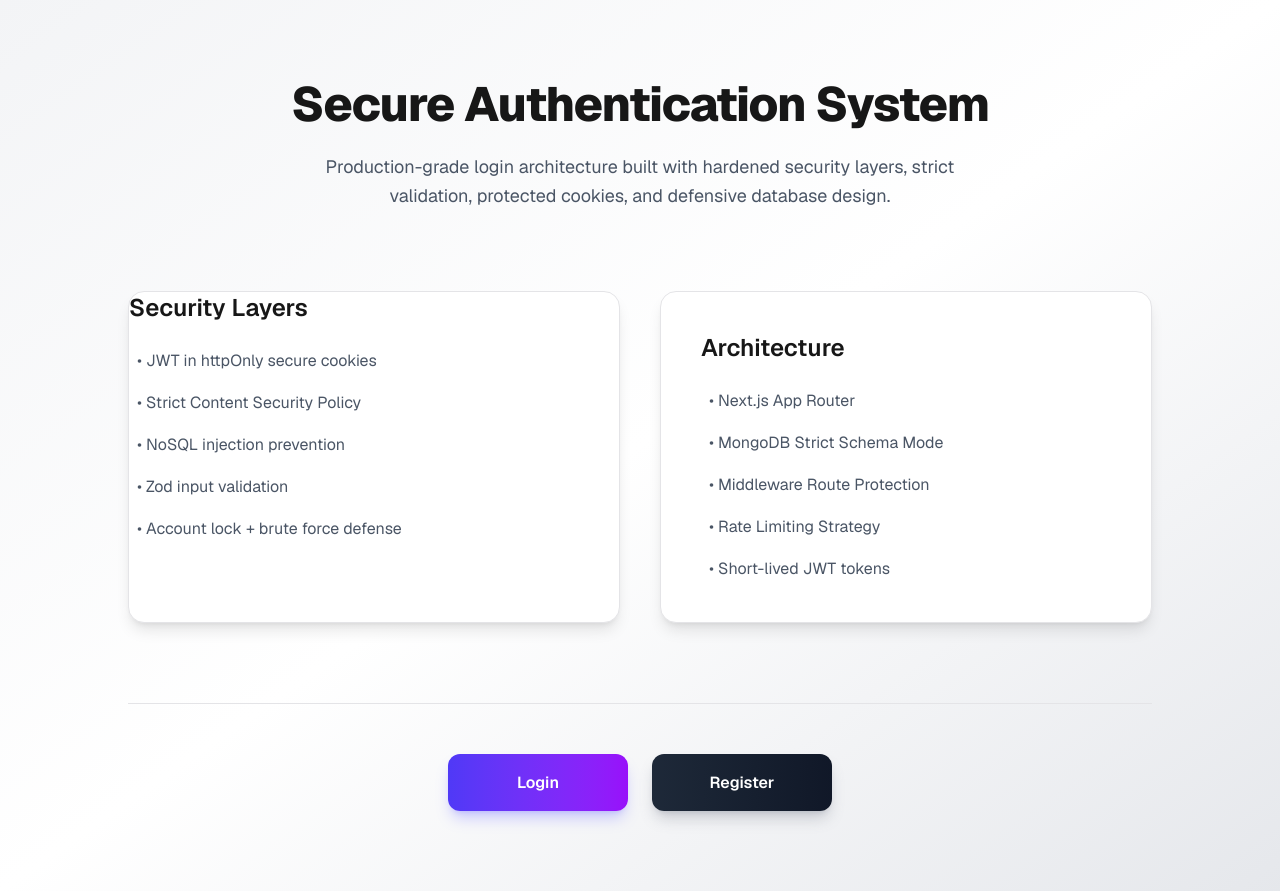
Repository: swastikjhacoder/secure-auth-app
Page: /
The author's editor kept a copy of each file at every save. The page is drawn from the files as they stood at one save, then again after the next save.
The browser window is 1280 px wide. The pictures show the whole page.
The project was rebuilt for these pictures with package versions that can differ from the ones it lists, and the page was loaded fresh each time. The framework's server and built-in components were replaced by stand-ins that run in the browser. Also part of the build but not shown: next.config.mjs.

Above is the page before, as saved 2026-03-02 13:14:19.

### src/app/layout.js
import { Geist, Geist_Mono } from "next/font/google";
import "./globals.css";

const geistSans = Geist({
  variable: "--font-geist-sans",
  subsets: ["latin"],
  display: "swap",
});

const geistMono = Geist_Mono({
  variable: "--font-geist-mono",
  subsets: ["latin"],
  display: "swap",
});

export const metadata = {
  title: {
    default: "Secure Auth App",
    template: "%s | Secure Auth App",
  },
  description: "Production-grade secure authentication system",
  metadataBase: new URL("http://localhost:3000"),
  robots: {
    index: false,
    follow: false,
  },
};

export default function RootLayout({ children }) {
  return (
    <html lang="en" suppressHydrationWarning>
      <body
        className={`
          ${geistSans.variable}
          ${geistMono.variable}
          font-sans
          antialiased
          min-h-screen
        `}
      >
        {children}
      </body>
    </html>
  );
}

### src/app/page.js
import Link from "next/link";

export default function Home() {
  return (
    <div className="min-h-screen bg-gradient-to-br from-gray-100 via-white to-gray-200 dark:from-black dark:via-zinc-900 dark:to-black flex items-center justify-center px-6 py-20">
      <div className="w-full max-w-5xl space-y-20">
        <div className="text-center space-y-6">
          <h1 className="text-4xl sm:text-5xl font-extrabold tracking-tight">
            Secure Authentication System
          </h1>

          <p className="text-lg text-gray-600 dark:text-gray-400 max-w-2xl mx-auto leading-relaxed">
            Production-grade login architecture built with hardened security
            layers, strict validation, protected cookies, and defensive database
            design.
          </p>
        </div>

        <div className="grid gap-10 md:grid-cols-2">
          <div className="h-full rounded-2xl border border-border bg-card shadow-lg transition-all duration-300 hover:-translate-y-1 hover:shadow-2xl">
            <div className="space-y-6">
              <h3 className="text-2xl font-semibold">Security Layers</h3>

              <ul className="pl-2 space-y-4 text-gray-600 dark:text-gray-400 leading-relaxed">
                <li>• JWT in httpOnly secure cookies</li>
                <li>• Strict Content Security Policy</li>
                <li>• NoSQL injection prevention</li>
                <li>• Zod input validation</li>
                <li>• Account lock + brute force defense</li>
              </ul>
            </div>
          </div>

          <div className="h-full rounded-2xl border border-border bg-card shadow-lg transition-all duration-300 hover:-translate-y-1 hover:shadow-2xl">
            <div className="p-10 space-y-6">
              <h3 className="text-2xl font-semibold">Architecture</h3>

              <ul className="pl-2 space-y-4 text-gray-600 dark:text-gray-400 leading-relaxed">
                <li>• Next.js App Router</li>
                <li>• MongoDB Strict Schema Mode</li>
                <li>• Middleware Route Protection</li>
                <li>• Rate Limiting Strategy</li>
                <li>• Short-lived JWT tokens</li>
              </ul>
            </div>
          </div>
        </div>

        <div className="flex flex-col sm:flex-row justify-center items-center gap-6 pt-10 border-t border-border">
          <Link
            href="/login"
            className="w-full sm:w-auto min-w-[180px] px-10 py-4 rounded-xl font-semibold text-white
                       bg-gradient-to-r from-indigo-600 to-purple-600
                       shadow-lg shadow-indigo-500/30
                       hover:from-indigo-500 hover:to-purple-500
                       hover:shadow-indigo-500/50
                       transition-all duration-300 text-center"
          >
            Login
          </Link>

          <Link
            href="/register"
            className="w-full sm:w-auto min-w-[180px] px-10 py-4 rounded-xl font-semibold
                       bg-gradient-to-r from-gray-800 to-gray-900
                       text-white
                       shadow-lg shadow-gray-500/30
                       hover:from-gray-700 hover:to-black
                       hover:shadow-gray-500/50
                       transition-all duration-300 text-center"
          >
            Register
          </Link>
        </div>
      </div>
    </div>
  );
}

### src/app/globals.css
@import "tailwindcss";

:root {
  --background: #ffffff;
  --foreground: #171717;

  --card: #ffffff;
  --card-foreground: #111111;

  --muted: #f4f4f5;
  --border: #e4e4e7;
}

@media (prefers-color-scheme: dark) {
  :root {
    --background: #0a0a0a;
    --foreground: #ededed;

    --card: #111111;
    --card-foreground: #f5f5f5;

    --muted: #1c1c1f;
    --border: #27272a;
  }
}

@theme inline {
  --color-background: var(--background);
  --color-foreground: var(--foreground);
  --color-card: var(--card);
  --color-card-foreground: var(--card-foreground);
  --color-muted: var(--muted);
  --color-border: var(--border);

  --font-sans: var(--font-geist-sans);
  --font-mono: var(--font-geist-mono);
}

*,
*::before,
*::after {
  box-sizing: border-box;
}

html {
  scroll-behavior: smooth;
}

html,
body {
  overflow-x: hidden;
  min-height: 100%;
}

body {
  background: var(--background);
  color: var(--foreground);
  font-family: var(--font-geist-sans), system-ui, sans-serif;
  line-height: 1.6;
  text-rendering: optimizeLegibility;
  -webkit-font-smoothing: antialiased;
}

button {
  background: none;
  border: none;
  cursor: pointer;
  font: inherit;
}

a {
  margin-top: 10px;
  text-decoration: none;
}

input,
textarea,
select {
  font: inherit;
}

:focus-visible {
  outline: 2px solid #6366f1;
  outline-offset: 2px;
}

After the next save:
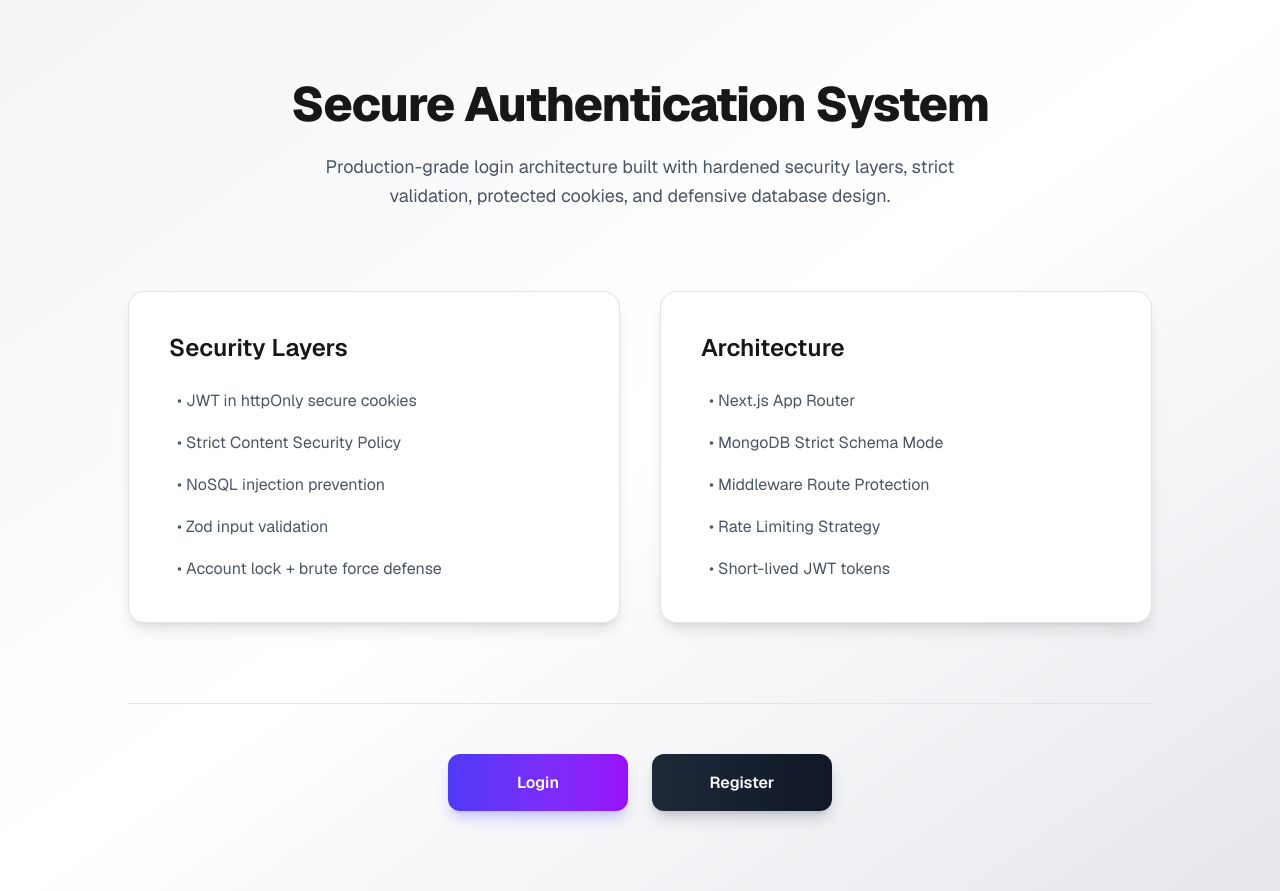
Saved 21 s later.
--- a/src/app/page.js
+++ b/src/app/page.js
@@ -18,7 +18,7 @@ export default function Home() {
 
         <div className="grid gap-10 md:grid-cols-2">
           <div className="h-full rounded-2xl border border-border bg-card shadow-lg transition-all duration-300 hover:-translate-y-1 hover:shadow-2xl">
-            <div className="space-y-6">
+            <div className="p-10 space-y-6">
               <h3 className="text-2xl font-semibold">Security Layers</h3>
 
               <ul className="pl-2 space-y-4 text-gray-600 dark:text-gray-400 leading-relaxed">
